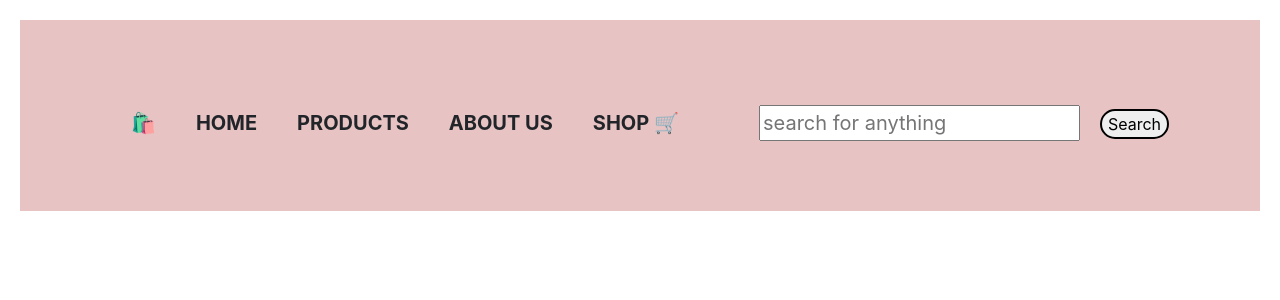
Repository: thf4/Project-Shop
Page: /
An editor plug-in stored every save of this project. The page is shown before and after the next save, followed by the edit.
The browser window is 1280 px wide. The pictures show the whole page.
The project was rebuilt for these pictures with package versions that can differ from the ones it lists, and the page was loaded fresh each time.

Above is the page before, as saved 2021-04-22 11:44:01.

After the next save:
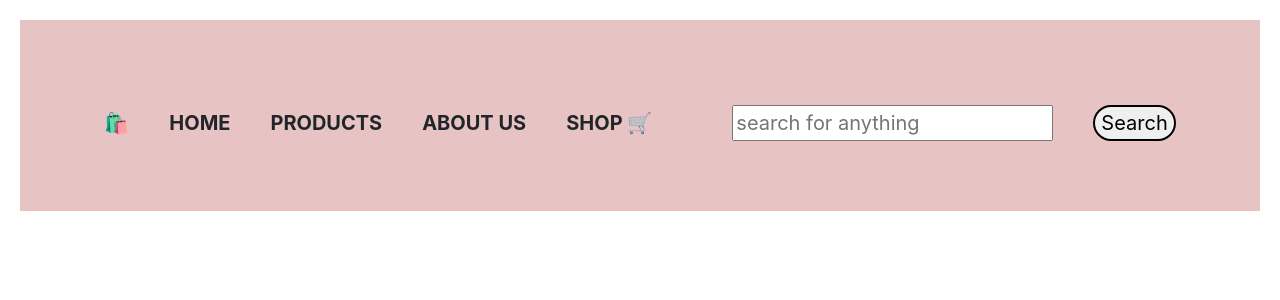
Saved 15 s later.
--- a/src/App.js
+++ b/src/App.js
@@ -12,8 +12,8 @@ function App() {
           <li> ABOUT US</li>
           <li> SHOP 🛒</li>
           <li>
-          <li></li><input type="text" id="area-find" placeholder="search for anything"/></li>
-           <button id="button" >Search</button>
+            <li></li><input type="text" id="area-find" placeholder="search for anything"/></li>
+            <li><button id="button" for="input" >Search</button></li>
         </ul>
 
       </header>
